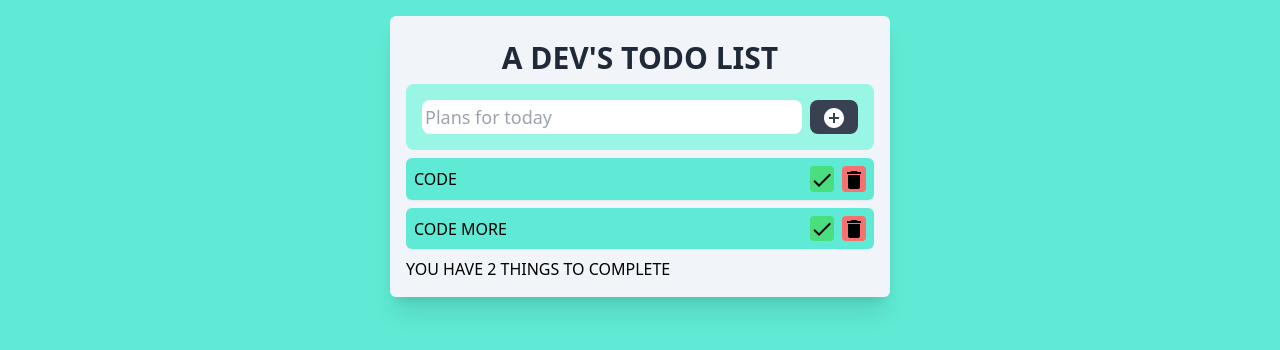
Repository: DevAntonioRogers/React-Todo-CRUD-App
Page: /
The author's editor kept a copy of each file at every save. The page is drawn from the files as they stood at one save, then again after the next save.
The browser window is 1280 px wide. The pictures show the whole page.
The project was rebuilt for these pictures with package versions that can differ from the ones it lists, and the page was loaded fresh each time. Also part of the build but not shown: vite.config.ts.

Above is the page before, as saved 2023-05-14 20:05:31.

### src/App.tsx
import Form from "./components/Form";

import { useState } from "react";
import Todo from "./components/Todo";

const App = () => {
  const [todo, setTodo] = useState(["code", "code more"]);

  return (
    <div className="h-screen w-screen p-4 bg-teal-300">
      <div className="bg-slate-100 max-w-[500px] w-full m-auto rounded-md shadow-xl p-4">
        <h1 className="text-3xl font-bold text-center text-gray-800 p-2">A DEV'S TODO LIST</h1>
        <Form />
        <ul>
          {todo.map((todos, index) => (
            <Todo key={index} todos={todos} />
          ))}
        </ul>
        <p>YOU HAVE 2 THINGS TO COMPLETE</p>
      </div>
    </div>
  );
};

export default App;

### src/components/Form.tsx
import AddCircleIcon from "@mui/icons-material/AddCircle";

const Form = () => {
  return (
    <form className="flex justify-between bg-teal-200 p-4 rounded-lg items-center">
      <input className="w-full text-lg rounded-lg p-[3px]" type="text" placeholder="Plans for today" />
      <button className="ml-2 p-1 bg-gray-700 px-3 rounded-lg text-white">
        <AddCircleIcon />
      </button>
    </form>
  );
};

export default Form;

### src/components/Todo.tsx
import CheckIcon from "@mui/icons-material/Check";
import DeleteIcon from "@mui/icons-material/Delete";

interface TodoProps {
  todos: string;
}

const Todo = ({ todos }: TodoProps) => {
  return (
    <li className="p-2 bg-teal-300 my-2 rounded-md uppercase shadow-sm">
      <div className="flex items-center justify-between">
        <p>{todos}</p>
        <div className="flex gap-2">
          <button className="bg-green-400 w-full rounded">
            <CheckIcon />
          </button>
          <button className="bg-red-400 w-full rounded">
            <DeleteIcon />
          </button>
        </div>
      </div>
    </li>
  );
};

export default Todo;

Loaded but not shown: index.html (common file); src/main.tsx (common file); src/index.css (common file); tailwind.config.js (common file)

After the next save:
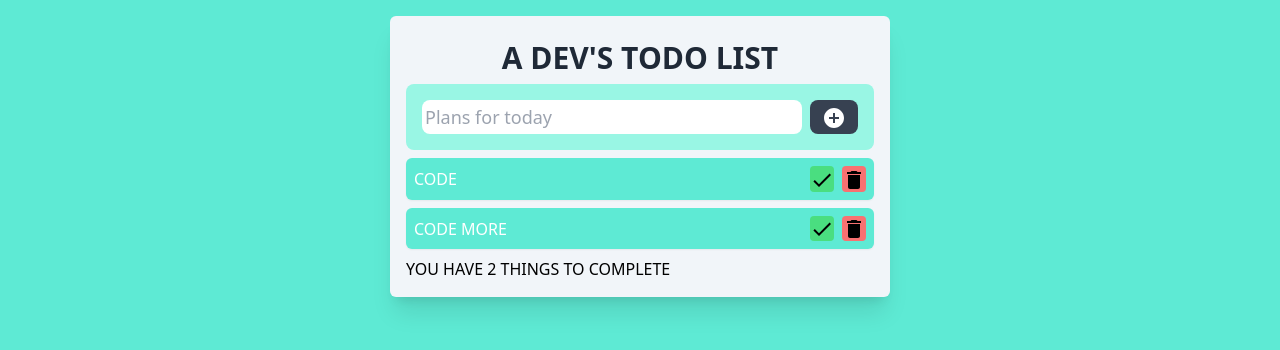
Saved 17 s later.
--- a/src/components/Todo.tsx
+++ b/src/components/Todo.tsx
@@ -9,7 +9,7 @@ const Todo = ({ todos }: TodoProps) => {
   return (
     <li className="p-2 bg-teal-300 my-2 rounded-md uppercase shadow-sm">
       <div className="flex items-center justify-between">
-        <p>{todos}</p>
+        <p className="text-white">{todos}</p>
         <div className="flex gap-2">
           <button className="bg-green-400 w-full rounded">
             <CheckIcon />
